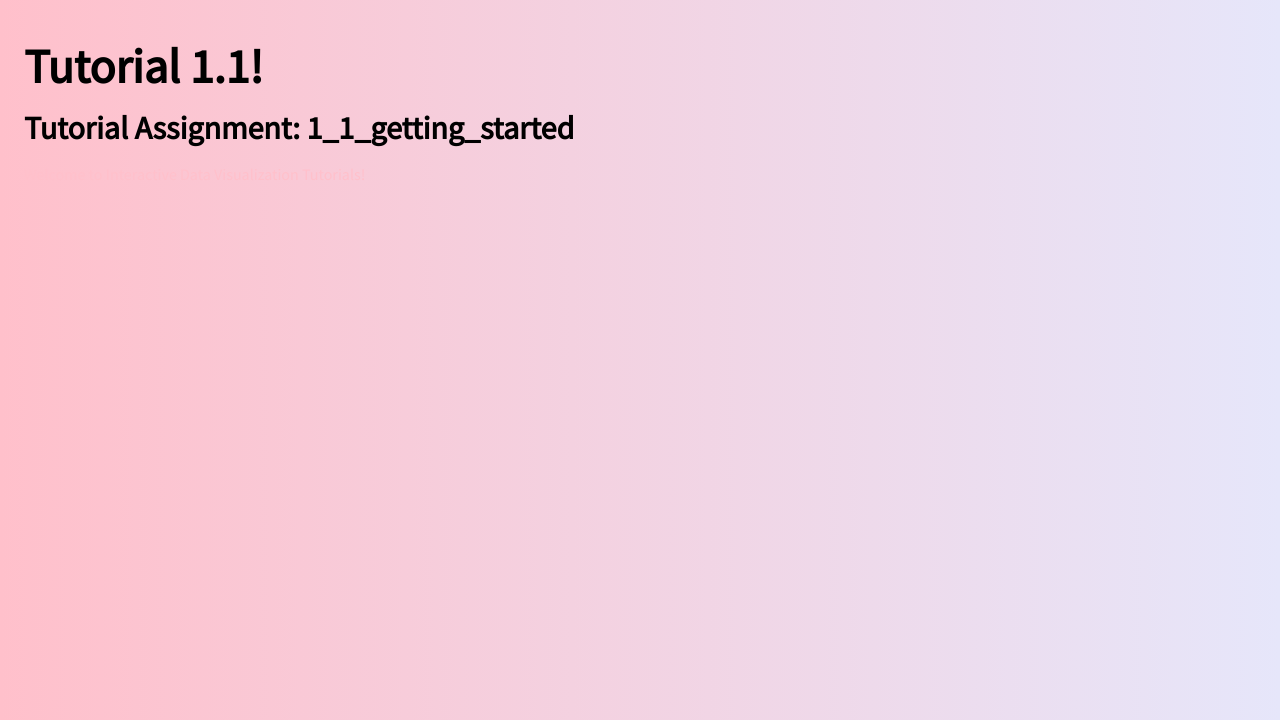
Repository: lisjak/Interactive-Data-Vis-Fall2022
Page: 1_1_getting_started/index.html
These files come from the project's save history. The page is drawn as it stood at one moment and after the next save; the edit follows.
The browser window is 1280 px wide. The pictures show the whole page.
Some web fonts or font styles are not loaded; a fallback is used.

Above is the page before, as saved 2022-09-04 21:47:13.

After the next save:
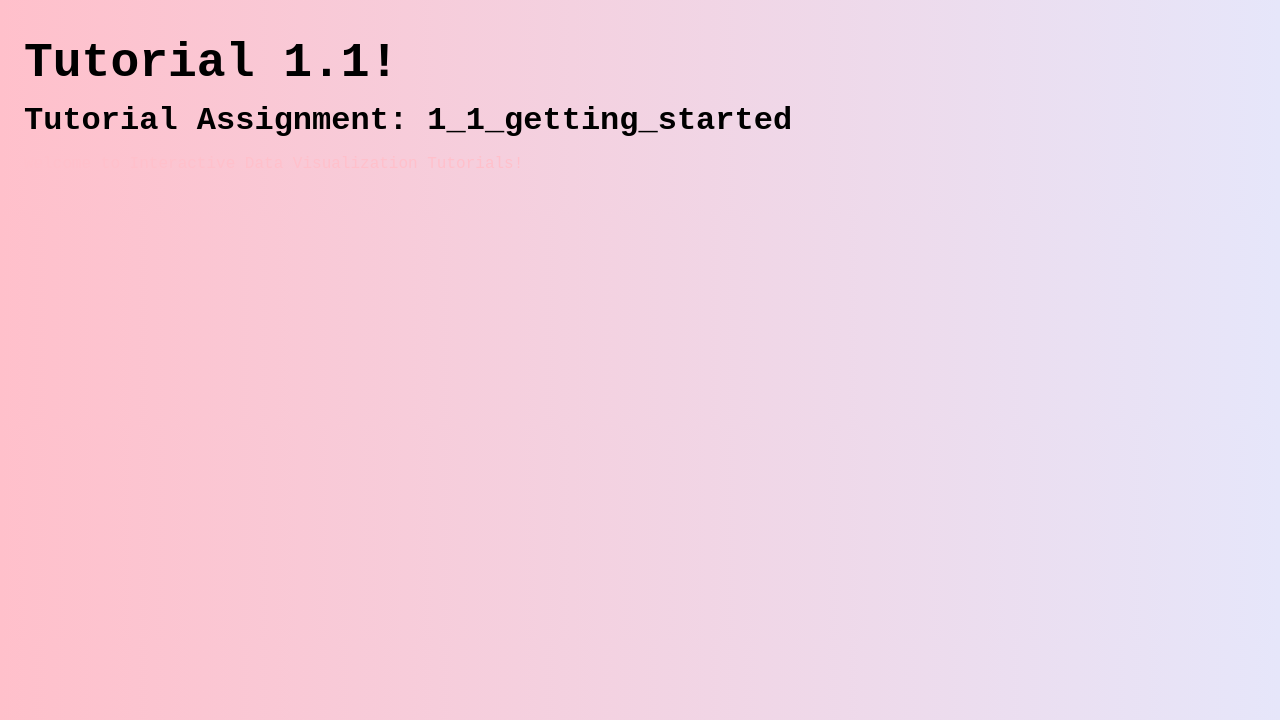
Saved 7 s later.
--- a/1_1_getting_started/style.css
+++ b/1_1_getting_started/style.css
@@ -1,6 +1,6 @@
 body {
     background-image: linear-gradient(to right, pink, lavender);
-    font-family: 'Source Sans Pro', sans-serif;
+    font-family: 'Azeret Mono', monospace;
     font-size: 16px;
     padding: 1em;
 }
